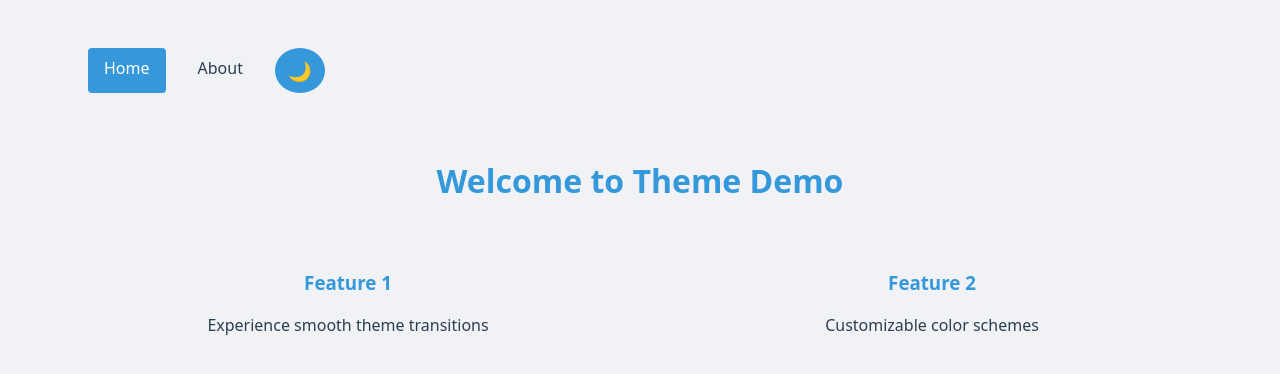
Repository: krislorem/multi
Page: /
An editor plug-in stored every save of this project. The page is shown before and after the next save, followed by the edit.
The browser window is 1280 px wide. The pictures show the whole page.
The project was rebuilt for these pictures with package versions that can differ from the ones it lists, and the page was loaded fresh each time. Also part of the build but not shown: vite.config.ts.

Above is the page before, as saved 2025-02-12 18:36:17.

### index.html
<!DOCTYPE html>
<html lang="en">

<head>
  <meta charset="UTF-8">
  <link rel="icon" href="/favicon.ico">
  <meta name="viewport" content="width=device-width, initial-scale=1.0">
  <title>Vite App</title>
</head>

<body>
  <div id="app"></div>
  <script type="module" src="/src/main.ts"></script>
</body>
<style>
  html {
    line-height: 1.15;
    /* 1 */
    -webkit-text-size-adjust: 100%;
    /* 2 */
  }

  /* Sections
   ========================================================================== */

  /**
 * Remove the margin in all browsers.
 */

  body {
    margin: 0;
  }

  /**
 * Render the `main` element consistently in IE.
 */

  main {
    display: block;
  }

  /**
 * Correct the font size and margin on `h1` elements within `section` and
 * `article` contexts in Chrome, Firefox, and Safari.
 */

  h1 {
    font-size: 2em;
    margin: 0.67em 0;
  }

  /* Grouping content
   ========================================================================== */

  /**
 * 1. Add the correct box sizing in Firefox.
 * 2. Show the overflow in Edge and IE.
 */

  hr {
    box-sizing: content-box;
    /* 1 */
    height: 0;
    /* 1 */
    overflow: visible;
    /* 2 */
  }

  /**
 * 1. Correct the inheritance and scaling of font size in all browsers.
 * 2. Correct the odd `em` font sizing in all browsers.
 */

  pre {
    font-family: monospace, monospace;
    /* 1 */
    font-size: 1em;
    /* 2 */
  }

  /* Text-level semantics
   ========================================================================== */

  /**
 * Remove the gray background on active links in IE 10.
 */

  a {
    background-color: transparent;
  }

  /**
 * 1. Remove the bottom border in Chrome 57-
 * 2. Add the correct text decoration in Chrome, Edge, IE, Opera, and Safari.
 */

  abbr[title] {
    border-bottom: none;
    /* 1 */
    text-decoration: underline;
    /* 2 */
    text-decoration: underline dotted;
    /* 2 */
  }

  /**
 * Add the correct font weight in Chrome, Edge, and Safari.
 */

  b,
  strong {
    font-weight: bolder;
  }

  /**
 * 1. Correct the inheritance and scaling of font size in all browsers.
 * 2. Correct the odd `em` font sizing in all browsers.
 */

  code,
  kbd,
  samp {
    font-family: monospace, monospace;
    /* 1 */
    font-size: 1em;
    /* 2 */
  }

  /**
 * Add the correct font size in all browsers.
 */

  small {
    font-size: 80%;
  }

  /**
 * Prevent `sub` and `sup` elements from affecting the line height in
 * all browsers.
 */

  sub,
  sup {
    font-size: 75%;
    line-height: 0;
    position: relative;
    vertical-align: baseline;
  }

  sub {
    bottom: -0.25em;
  }

  sup {
    top: -0.5em;
  }

  /* Embedded content
   ========================================================================== */

  /**
 * Remove the border on images inside links in IE 10.
 */

  img {
    border-style: none;
  }

  /* Forms
   ========================================================================== */

  /**
 * 1. Change the font styles in all browsers.
 * 2. Remove the margin in Firefox and Safari.
 */

  button,
  input,
  optgroup,
  select,
  textarea {
    font-family: inherit;
    /* 1 */
    font-size: 100%;
    /* 1 */
    line-height: 1.15;
    /* 1 */
    margin: 0;
    /* 2 */
  }

  /**
 * Show the overflow in IE.
 * 1. Show the overflow in Edge.
 */

  button,
  input {
    /* 1 */
    overflow: visible;
  }

  /**
 * Remove the inheritance of text transform in Edge, Firefox, and IE.
 * 1. Remove the inheritance of text transform in Firefox.
 */

  button,
  select {
    /* 1 */
    text-transform: none;
  }

  /**
 * Correct the inability to style clickable types in iOS and Safari.
 */

  button,
  [type="button"],
  [type="reset"],
  [type="submit"] {
    appearance: button;
  }

  /**
 * Remove the inner border and padding in Firefox.
 */

  button::-moz-focus-inner,
  [type="button"]::-moz-focus-inner,
  [type="reset"]::-moz-focus-inner,
  [type="submit"]::-moz-focus-inner {
    border-style: none;
    padding: 0;
  }

  /**
 * Restore the focus styles unset by the previous rule.
 */

  button:-moz-focusring,
  [type="button"]:-moz-focusring,
  [type="reset"]:-moz-focusring,
  [type="submit"]:-moz-focusring {
    outline: 1px dotted ButtonText;
  }

  /**
 * Correct the padding in Firefox.
 */

  fieldset {
    padding: 0.35em 0.75em 0.625em;
  }

  /**
 * 1. Correct the text wrapping in Edge and IE.
 * 2. Correct the color inheritance from `fieldset` elements in IE.
 * 3. Remove the padding so developers are not caught out when they zero out
 *    `fieldset` elements in all browsers.
 */

  legend {
    box-sizing: border-box;
    /* 1 */
    color: inherit;
    /* 2 */
    display: table;
    /* 1 */
    max-width: 100%;
    /* 1 */
    padding: 0;
    /* 3 */
    white-space: normal;
    /* 1 */
  }

  /**
 * Add the correct vertical alignment in Chrome, Firefox, and Opera.
 */

  progress {
    vertical-align: baseline;
  }

  /**
 * Remove the default vertical scrollbar in IE 10+.
 */

  textarea {
    overflow: auto;
  }

  /**
 * 1. Add the correct box sizing in IE 10.
 * 2. Remove the padding in IE 10.
 */

  [type="checkbox"],
  [type="radio"] {
    box-sizing: border-box;
    /* 1 */
    padding: 0;
    /* 2 */
  }

  /**
 * Correct the cursor style of increment and decrement buttons in Chrome.
 */

  [type="number"]::-webkit-inner-spin-button,
  [type="number"]::-webkit-outer-spin-button {
    height: auto;
  }

  /**
 * 1. Correct the odd appearance in Chrome and Safari.
 * 2. Correct the outline style in Safari.
 */

  [type="search"] {
    appearance: textfield;
    /* 1 */
    outline-offset: -2px;
    /* 2 */
  }

  /**
 * Remove the inner padding in Chrome and Safari on macOS.
 */

  [type="search"]::-webkit-search-decoration {
    -webkit-appearance: none;
  }

  /**
 * 1. Correct the inability to style clickable types in iOS and Safari.
 * 2. Change font properties to `inherit` in Safari.
 */

  ::-webkit-file-upload-button {
    -webkit-appearance: button;
    /* 1 */
    font: inherit;
    /* 2 */
  }

  /* Interactive
   ========================================================================== */

  /*
 * Add the correct display in Edge, IE 10+, and Firefox.
 */

  details {
    display: block;
  }

  /*
 * Add the correct display in all browsers.
 */

  summary {
    display: list-item;
  }

  /* Misc
   ========================================================================== */

  /**
 * Add the correct display in IE 10+.
 */

  template {
    display: none;
  }

  /**
 * Add the correct display in IE 10.
 */

  [hidden] {
    display: none;
  }
</style>

</html>

### src/main.ts
import { createApp } from 'vue'
import { createPinia } from 'pinia'
import piniaPluginPersistedstate from 'pinia-plugin-persistedstate'
import App from './App.vue'
import router from './router'

const pinia = createPinia()
pinia.use(piniaPluginPersistedstate)

const app = createApp(App)

app.use(pinia)
app.use(router)

app.mount('#app')

### src/App.vue
<script setup lang="ts">
import ThemeSwitcher from '@/components/ThemeSwitcher.vue'
</script>

<template>
  <div class="app-container">
    <nav class="main-nav">
      <router-link to="/">Home</router-link>
      <router-link to="/about">About</router-link>
      <ThemeSwitcher />
    </nav>

    <main class="main-content">
      <router-view v-slot="{ Component }">
        <transition name="page" mode="out-in">
          <component :is="Component" />
        </transition>
      </router-view>
    </main>
  </div>
</template>

<style lang="scss">
.app-container {
  max-width: 1200px;
  margin: 0 auto;
  padding: 2rem;

  .main-nav {
    display: flex;
    gap: 1rem;
    margin-bottom: 3rem;
    padding: 1rem;
    background: rgba(var(--primary-color), 0.1);
    border-radius: 8px;

    a {
      padding: 0.5rem 1rem;
      text-decoration: none;
      color: var(--text-color);
      border-radius: 4px;
      transition: background 0.2s ease;

      &:hover {
        background: rgba(var(--primary-color), 0.2);
      }

      &.router-link-active {
        background: var(--primary-color);
        color: white;
      }
    }
  }

  .main-content {
    min-height: 60vh;
  }
}

.page-enter-active,
.page-leave-active {
  transition: opacity 0.3s ease, transform 0.3s ease;
}

.page-enter-from,
.page-leave-to {
  opacity: 0;
  transform: translateY(20px);
}
</style>

### src/router/index.ts
import { createRouter, createWebHistory } from 'vue-router'

const router = createRouter({
  history: createWebHistory(import.meta.env.BASE_URL),
  routes: [
    {
      path: '/',
      name: 'Home',
      component: () => import('@/views/HomeView.vue')
    },
    {
      path: '/about',
      name: 'About',
      component: () => import('@/views/AboutView.vue')
    },
    {
      path: '/:pathMatch(.*)*',
      name: 'NotFound',
      component: () => import('@/views/NotFound.vue')
    }
  ],
  scrollBehavior(to, from, savedPosition) {
    return savedPosition || { top: 0 }
  }
})

export default router

### src/assets/styles/main.scss
@use './light';
@use './dark';

:root {
  font-size: 16px;
  transition: var(--theme-transition);
}

* {
  margin: 0;
  padding: 0;
  box-sizing: border-box;
}


// 混合模式优化层
.mix-blend-optimize {
  isolation: isolate;
  position: relative;
  z-index: 1;

  &::before {
    content: '';
    position: absolute;
    inset: 0;
    background: var(--bg-color);
    z-index: -1;
  }
}

// 应用混合优化的元素
body,
.app-container,
.main-nav,
.main-content {
  @extend .mix-blend-optimize;
}

body {
  background-color: var(--bg-color);
  color: var(--text-color);
  font-family: system-ui, -apple-system, sans-serif;
  line-height: 1.5;
  min-height: 100vh;
  overflow-x: hidden;
}

### src/assets/styles/light.scss
:root[data-theme='light'] {
  // 基础色值
  --bg-color: #f0f2f5;
  --text-color: #2c3e50;
  --primary-color: #3498db;
  --accent-color: #e74c3c;
  --theme-transition: all 0.3s cubic-bezier(0.4, 0, 0.2, 1);
}

### src/assets/styles/dark.scss
:root[data-theme='dark'] {
  // 基础色值
  --bg-color: #0f0d13;
  --text-color: #d3c1af;
  --primary-color: #cb673c;
  --accent-color: #18b3c4;
  --theme-transition: all 0.3s cubic-bezier(0.4, 0, 0.2, 1);
}

### src/components/ThemeSwitcher.vue
<script setup lang="ts">
import { useThemeStore } from '@/stores/theme'
import { ref, onMounted } from 'vue'
import gsap from 'gsap'

const themeStore = useThemeStore()
const targetTheme = ref(themeStore.currentTheme)

const getCenterPosition = (element: HTMLElement) => {
  const rect = element.getBoundingClientRect()
  return {
    x: rect.left + rect.width / 2,
    y: rect.top + rect.height / 2
  }
}

const switchTheme = async (event: MouseEvent) => {
  const button = event.currentTarget as HTMLElement
  const { x, y } = getCenterPosition(button)
  const newTheme = targetTheme.value === 'light' ? 'dark' : 'light'

  const mask = document.createElement('div')
  mask.style.cssText = `
    position: fixed;
    top: 0;
    left: 0;
    width: 100vw;
    height: 100vh;
    background: ${newTheme === 'light' ? '#eaecee' : '#17202a '};
    clip-path: circle(0% at ${x}px ${y}px);
    z-index: 9999;
    pointer-events: none;
    mix-blend-mode: difference;
  `
  document.body.appendChild(mask)

  await gsap.to(mask, {
    clipPath: `circle(150% at ${x}px ${y}px)`,
    duration: 0.5,
    ease: 'power4.out'
  })

  themeStore.setTheme(newTheme)
  targetTheme.value = newTheme
  document.documentElement.setAttribute('data-theme', newTheme)
  document.body.removeChild(mask)
}

onMounted(() => {
  document.documentElement.setAttribute('data-theme', themeStore.currentTheme)
})
</script>

<template>
  <button @click="switchTheme" class="theme-switcher"
    :title="`Switch to ${targetTheme === 'light' ? 'dark' : 'light'} theme`">
    <transition name="fade" mode="out-in">
      <span :key="targetTheme">
        {{ targetTheme === 'light' ? '🌙' : '☀️' }}
      </span>
    </transition>
  </button>
</template>

<style lang="scss">
.theme-switcher {
  background: var(--primary-color);
  border: none;
  padding: 0.8rem;
  border-radius: 50%;
  cursor: pointer;
  transition: transform 0.2s ease;

  &:hover {
    transform: scale(1.1);
  }

  span {
    display: block;
    font-size: 1.2rem;
    line-height: 1;
  }
}

.fade-enter-active,
.fade-leave-active {
  transition: opacity 0.2s ease;
}

.fade-enter-from,
.fade-leave-to {
  opacity: 0;
}
</style>

### src/views/HomeView.vue
<script setup lang="ts"></script>

<template>
  <div class="home-view">
    <h1>Welcome to Theme Demo</h1>
    <div class="feature-grid">
      <div class="feature-card">
        <h3>Feature 1</h3>
        <p>Experience smooth theme transitions</p>
      </div>
      <div class="feature-card">
        <h3>Feature 2</h3>
        <p>Customizable color schemes</p>
      </div>
    </div>
  </div>
</template>

<style lang="scss">
.home-view {
  text-align: center;

  h1 {
    margin-bottom: 2rem;
    color: var(--primary-color);
  }

  .feature-grid {
    display: grid;
    grid-template-columns: repeat(auto-fit, minmax(250px, 1fr));
    gap: 2rem;
    margin-top: 2rem;
  }

  .feature-card {
    padding: 2rem;
    background: rgba(var(--primary-color), 0.1);
    border-radius: 8px;
    transition: transform 0.2s ease;

    &:hover {
      transform: translateY(-5px);
    }

    h3 {
      color: var(--primary-color);
      margin-bottom: 1rem;
    }
  }
}
</style>

### src/stores/theme.ts
import { defineStore } from 'pinia'

export const useThemeStore = defineStore('theme', {
  state: () => ({
    currentTheme: 'light' as 'light' | 'dark'
  }),
  actions: {
    setTheme(theme: 'light' | 'dark') {
      if (this.currentTheme !== theme) {
        this.currentTheme = theme
      }
    }
  },
  persist: {
    key: 'vue-theme',
    storage: localStorage,
    pick: ['currentTheme']
  }
})

After the next save:
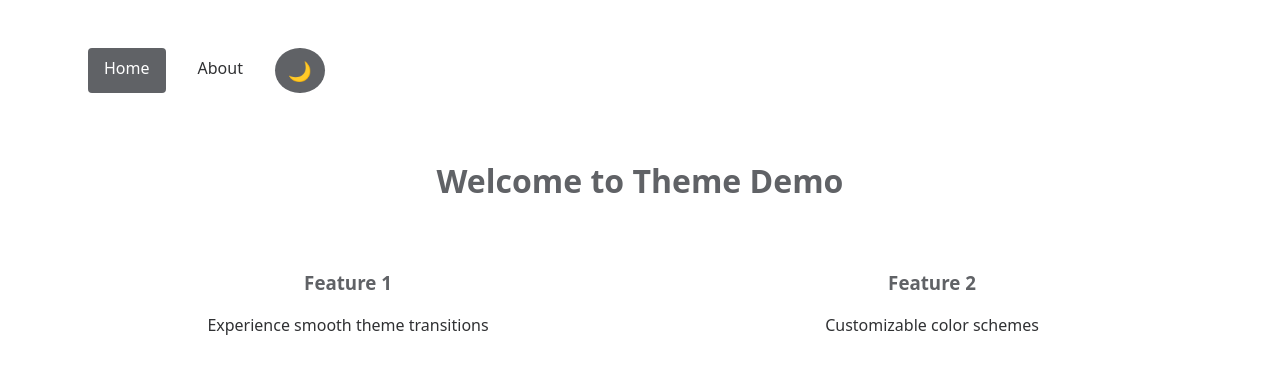
Saved 10 min 55 s later.
--- a/src/assets/styles/light.scss
+++ b/src/assets/styles/light.scss
@@ -1,8 +1,8 @@
 :root[data-theme='light'] {
   // 基础色值
-  --bg-color: #f0f2f5;
-  --text-color: #2c3e50;
-  --primary-color: #3498db;
-  --accent-color: #e74c3c;
+  --bg-color: #ffffff;
+  --text-color: #303133;
+  --primary-color: #606266;
+  --accent-color: ##fe522d;
   --theme-transition: all 0.3s cubic-bezier(0.4, 0, 0.2, 1);
 }
--- a/src/assets/styles/dark.scss
+++ b/src/assets/styles/dark.scss
@@ -1,8 +1,8 @@
 :root[data-theme='dark'] {
   // 基础色值
-  --bg-color: #0f0d13;
-  --text-color: #d3c1af;
-  --primary-color: #cb673c;
-  --accent-color: #18b3c4;
+  --bg-color: #000000;
+  --text-color: #cfcecc;
+  --primary-color: #9f9d99;
+  --accent-color: #01add2;
   --theme-transition: all 0.3s cubic-bezier(0.4, 0, 0.2, 1);
 }
--- a/src/components/ThemeSwitcher.vue
+++ b/src/components/ThemeSwitcher.vue
@@ -26,7 +26,7 @@ const switchTheme = async (event: MouseEvent) => {
     left: 0;
     width: 100vw;
     height: 100vh;
-    background: ${newTheme === 'light' ? '#eaecee' : '#17202a '};
+    background: ${newTheme === 'light' ? '#ffffff' : '#000000 '};
     clip-path: circle(0% at ${x}px ${y}px);
     z-index: 9999;
     pointer-events: none;
